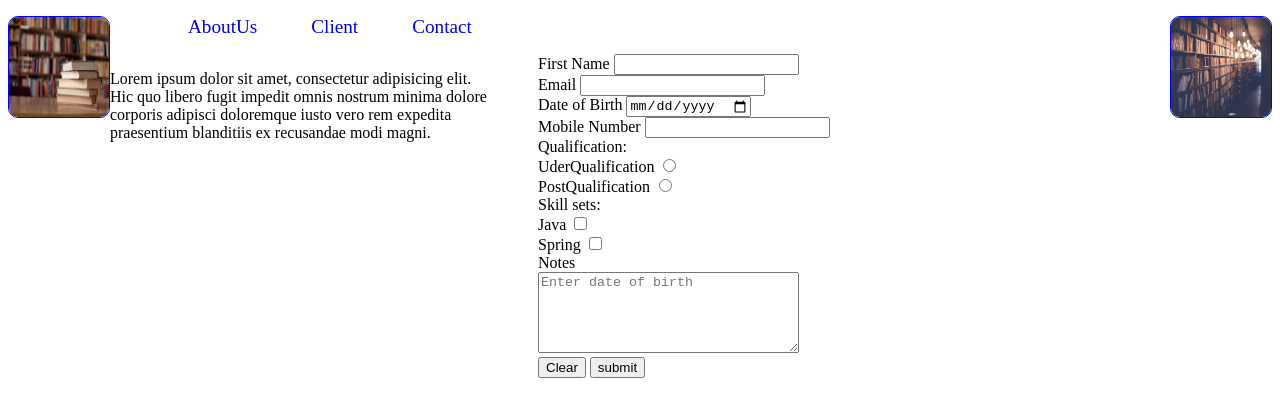
Repository: venkatesakki/JavaDeveloper
Page: html_examples/src/main/webapp/register.html
The author's editor kept a copy of each file at every save. The page is drawn from the files as they stood at one save, then again after the next save.
The browser window is 1280 px wide. The pictures show the whole page.

Above is the page before, as saved 2022-06-23 09:10:42.

### html_examples/src/main/webapp/register.html
<!DOCTYPE html>
<html>
<head>
<meta charset="UTF-8">
<title>Register User</title>
<link href="images/sample2.jpeg" type="image/png" rel="icon" />
<link href="styles/style.css" type="text/css" rel="stylesheet">

<style type="text/css">
ul>li {
	display: inline;
	margin-left: 50px;
}

a {
	text-decoration: none;
	font-size: 1.2em;
}

.smallImage {
	width: 100px;
	height: 100px;
	border: 1px solid blue;
	border-radius: 10px;
}

.left {
	float: left;
}

.right {
	float: right;
}
</style>
</head>
<body>
	<header style="width:100%;height:20%">
		<img alt="Image of Book" src="images/sample.jpg"
			class="smallImage left"> <img alt="Image of Book"
			src="images/sample1.jpeg" class="smallImage right">
		<nav>
			<ul style="margin-left: 90px">

				<li><a href="aboutus.html">AboutUs</a></li>
				<li><a href="client.html">Client</a></li>
				<li><a href="contact.html">Contact</a></li>

			</ul>
		</nav>
	</header>
	<section style="width: 100%; background-color:grey;display:inline;">

		<article style="width:30%;"class="left">
			<p>Lorem ipsum dolor sit amet, consectetur adipisicing elit. Hic
				quo libero fugit impedit omnis nostrum minima dolore corporis
				adipisci doloremque iusto vero rem expedita praesentium blanditiis
				ex recusandae modi magni.</p>

		</article>
		<article style="width: 50%;"class="right">
			<form action="client.html" method="post">
				<div>
					<label for="firstName">First Name</label> <input type="text"
						name="firstName" id="firstName" required />
				</div>
				<div>
					<label for="email">Email</label> <input type="email" name="email"
						id="email" multiple="multiple" />
				</div>
				<div>
					<label for="birthDate">Date of Birth</label> <input type="date"
						name="birthDate" id="birthDate" />
				</div>
				<div>
					<label for="mobile">Mobile Number</label> <input type="tel"
						name="mobileNumber" id="mobile" pattern="[0-9]{10}" />
				</div>
				<div>
					<label for="">Qualification:</label>
				</div>
				<div>
					<label for="ug">UderQualification</label>
					<input type="radio" value="Under Graduate" name="qualidication"
						id="ug" />
				</div>
				<div>
					<label for="pg">PostQualification</label> <input type="radio"
						value="Post Graduate" name="qualidication" id="pg" />
				</div>
				<div>
					<label for="skill">Skill sets:</label>
				</div>
				<div>
					<label for="java">Java</label>
					<input type="checkbox" value="java" name="skill" id="java" />
				</div>
				<div>
					<label for="spring">Spring</label> <input type="checkbox"
						value="spring" name="skill" id="spring" />

				</div>
				<div>
					<label for="notes">Notes</label>
			    </div>
			    <div>
					<textarea name="notes" cols="30" rows="5" id="notes"
						placeholder="Enter date of birth"></textarea>
				</div>
				<div>
					<input type="reset" value="Clear" />
					<input type="submit" value="submit" />

				</div>
			</form>
		</article>

		<footer style="width:100%;height:20%"></footer>
	</section>

</body>
</html>

### html_examples/src/main/webapp/styles/style.css
@charset "UTF-8";

h4{

	color:#2e3436;
}

.centerText{
	text-align:center;

}
.ligt{
	color:rgb(255,0,0);
}
.dark{
	color:rgb(0,110,110);
}
.darkest{
	color:rgb(0,0,255);
}
.centerTable{
	text-align:center;
}
table{
	border:1px solid black;
	border-collapse:collapse;
	margin-left:auto;
	margin-right:auto;
/* 	margin-top:auto; */
/* 	margin-bottom:auto; */
/* 	margin-left:15%; margin-right:15% */
}
th,tr,td{
	border:3px solid black;
}
.background{
	background-image:url("../images/sample1.jpeg");
	background-repeat: no-repeat;
	background-size:cover;
}

After the next save:
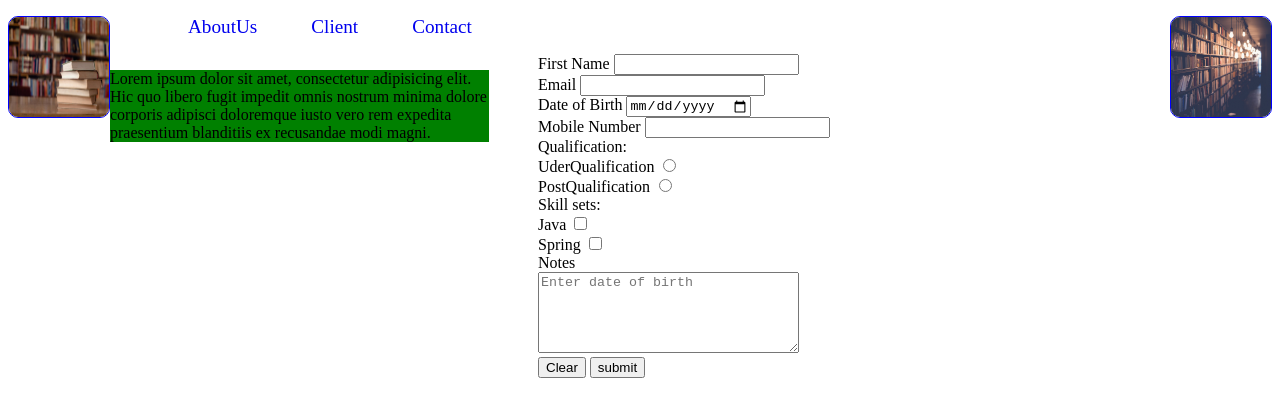
Saved 105 s later.
--- a/html_examples/src/main/webapp/register.html
+++ b/html_examples/src/main/webapp/register.html
@@ -51,7 +51,7 @@ a {
 	<section style="width: 100%; background-color:grey;display:inline;">
 
 		<article style="width:30%;"class="left">
-			<p>Lorem ipsum dolor sit amet, consectetur adipisicing elit. Hic
+			<p style="background-color: green">Lorem ipsum dolor sit amet, consectetur adipisicing elit. Hic
 				quo libero fugit impedit omnis nostrum minima dolore corporis
 				adipisci doloremque iusto vero rem expedita praesentium blanditiis
 				ex recusandae modi magni.</p>
